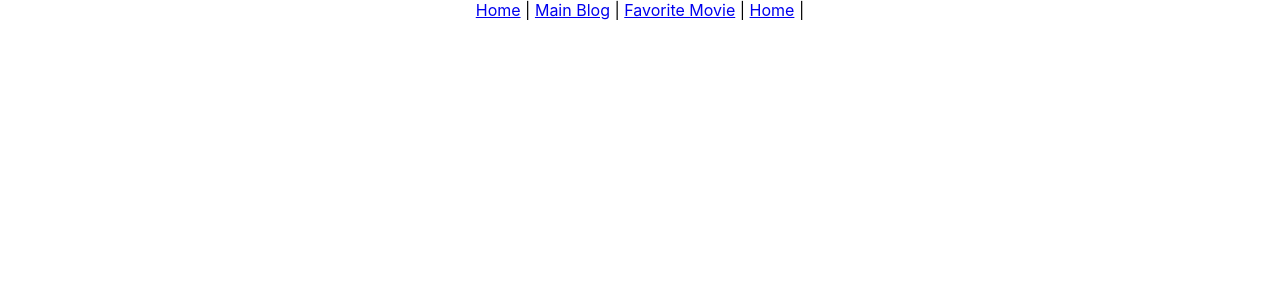
Repository: cerebrium/blogreact
Page: /about
The author's editor kept a copy of each file at every save. The page is drawn from the files as they stood at one save, then again after the next save.
The browser window is 1280 px wide. The pictures show the whole page.
The project was rebuilt for these pictures with package versions that can differ from the ones it lists, and the page was loaded fresh each time. Also part of the build but not shown: src/Mainblog.jsx, src/Home.jsx, src/FavoriteMovie.jsx, src/FavoriteFood.jsx, src/About.jsx.

Above is the page before, as saved 2019-10-31 16:25:47.

After the next save:
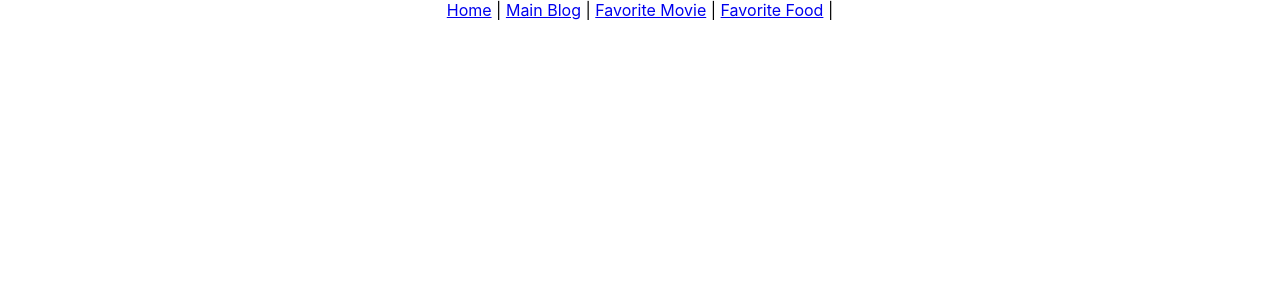
Saved 14 s later.
--- a/src/App.jsx
+++ b/src/App.jsx
@@ -15,7 +15,7 @@ function App() {
   return (
     <Router>
       <div className="App">
-        <nav><Link to='/' >Home</Link> | <Link to='/mainblog' >Main Blog</Link> | <Link to='/favoritemovie' >Favorite Movie</Link> | <Link to='/' >Home</Link> | </nav>
+        <nav><Link to='/' >Home</Link> | <Link to='/mainblog' >Main Blog</Link> | <Link to='/favoritemovie' >Favorite Movie</Link> | <Link to='/favoritefood' >Favorite Food</Link> | </nav>
 
       </div>
     </Router>
